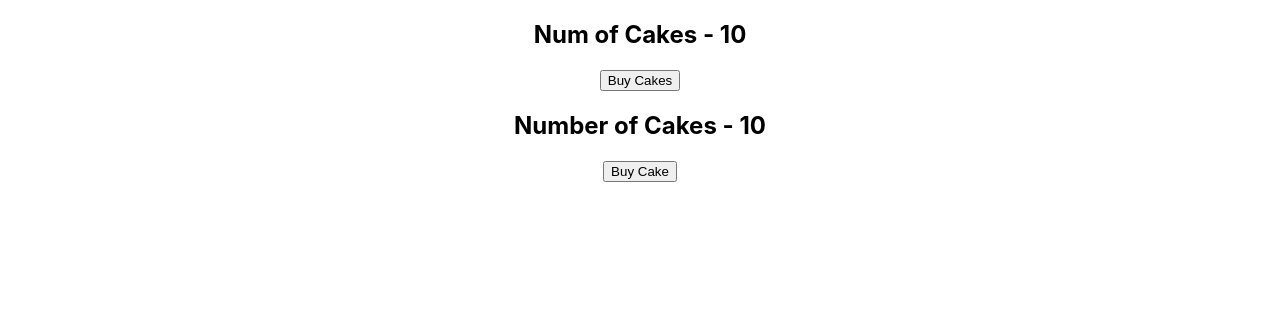
Repository: hardikaureate/react-redux-demo-axios
Page: /
These files come from the project's save history. The page is drawn as it stood at one moment and after a run of saves; the edit follows.
The browser window is 1280 px wide. The pictures show the whole page.
The project was rebuilt for these pictures with package versions that can differ from the ones it lists, and the page was loaded fresh each time.

Above is the page before, as saved 2020-11-04 17:04:24.

After the next 2 saves:
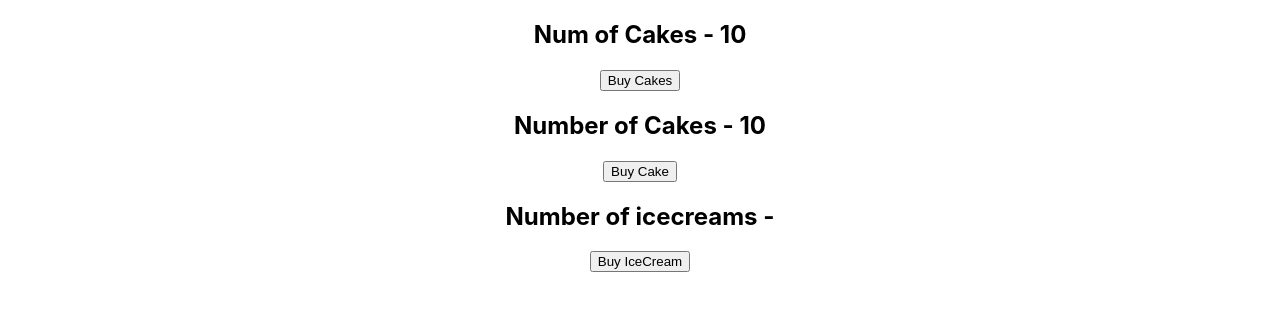
The 2 saves are shown as one change because they came seconds apart.
The last was saved 51 s later.
--- a/src/App.js
+++ b/src/App.js
@@ -4,6 +4,7 @@ import { Provider } from 'react-redux'
 import store from './redux/store'
 import CakeContainer from './components/CakeContainer';
 import HooksCakeContainer from './components/HooksCakeContainer';
+import IceCreamContainer from './components/IceCreamContainer';
 
 function App() {
   return (
@@ -11,6 +12,7 @@ function App() {
     <div className="App">
       <HooksCakeContainer />
       <CakeContainer />
+      <IceCreamContainer />
     </div>
     </Provider>
   );
